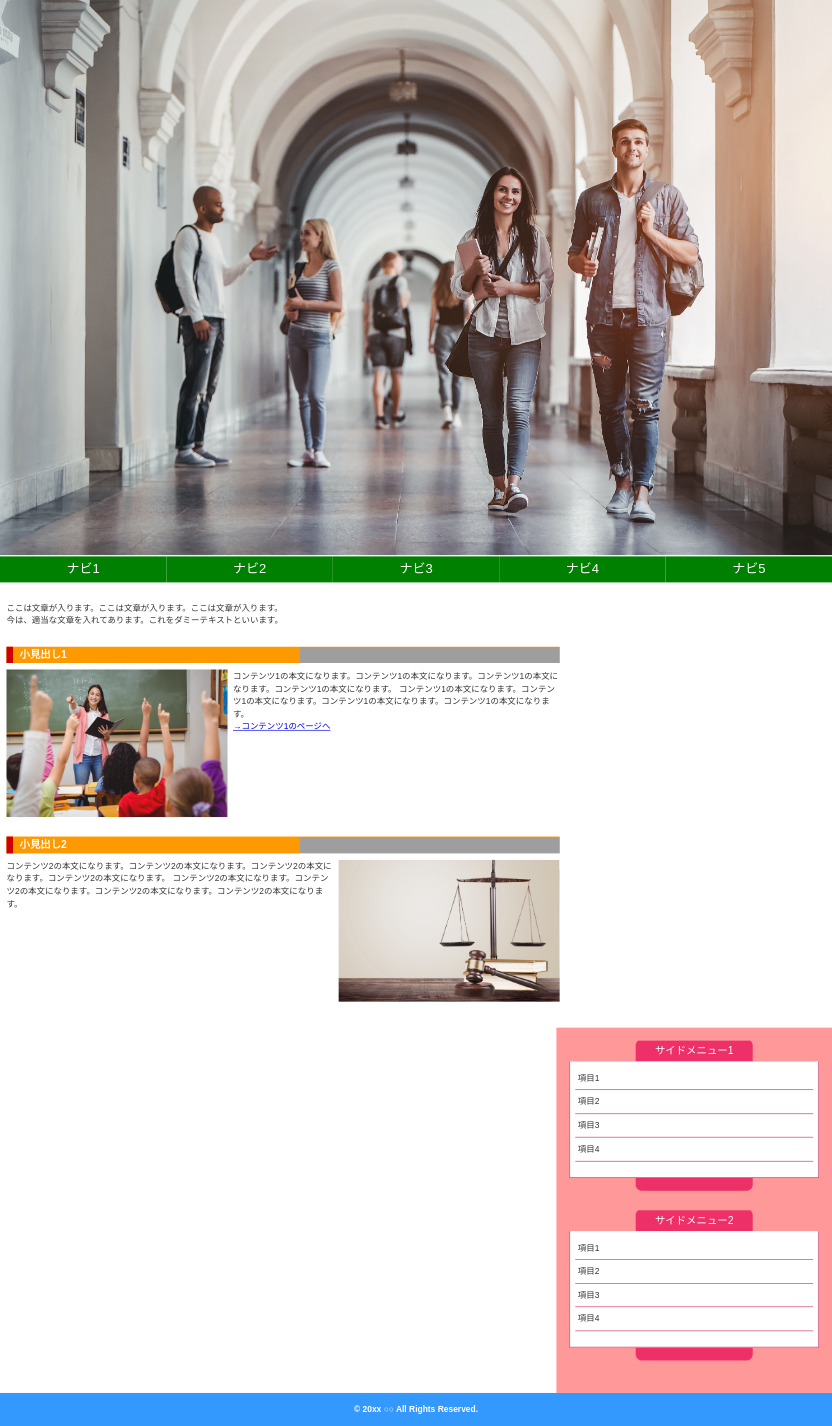
Repository: TKHRMY/samurai_HTML-CSS
Page: home.html
The author's editor kept a record of every edit. The page is drawn from the files as they stood at one moment, then again after the next edit.
The browser window is 1280 px wide. The pictures show the whole page, at 65% of full size.
Pictures or frames that could not be fetched are drawn as grey boxes.

Above is the page before.

### home.html
<!DOCTYPE html>
<html lang="ja">
    <head>
        <meta charset="UTF-8">
        <title>HTML/CSSの学習</title>
        <link rel="stylesheet" href="stylesheet.css">
    </head>
    <body>
        <div id="header">
            <h1><a href="index.html"><img id="corridor" src="images/corridor.jpg" alt="大学の廊下" ></a></h1>
        </div>
        <div id="wrapper">
           <div id="nav">
                <ul>
                    <li><a href="home.html">ナビ1</a></li>
                    <li><a href="#">ナビ2</a></li>
                    <li><a href="#">ナビ3</a></li>
                    <li><a href="#">ナビ4</a></li>
                    <li><a href="#">ナビ5</a></li>
                </ul>
            </div>
        </div>
           <div id="container">
                <div id="main">
                    <div class="post">
                        <p>ここは文章が入ります。ここは文章が入ります。ここは文章が入ります。<br />今は、適当な文章を入れてあります。これをダミーテキストといいます。</p>
                    </div>
                    <div class="post clearfix">
                        <h2>小見出し1</h2>
                        <img class="left" src="images/classroom.jpg" alt="授業風景" />
                        <p>
                            コンテンツ1の本文になります。コンテンツ1の本文になります。コンテンツ1の本文になります。コンテンツ1の本文になります。
                            コンテンツ1の本文になります。コンテンツ1の本文になります。コンテンツ1の本文になります。コンテンツ1の本文になります。
                        </p>
                        <p><a href="#">→コンテンツ1のページへ</a></p>
                    </div>
                    <div class="post clearfix">
                        <h2>小見出し2</h2>
                        <img class="right" src="images/scale.jpg" alt="天秤" />
                        <p>
                            コンテンツ2の本文になります。コンテンツ2の本文になります。コンテンツ2の本文になります。コンテンツ2の本文になります。
                            コンテンツ2の本文になります。コンテンツ2の本文になります。コンテンツ2の本文になります。コンテンツ2の本文になります。
                        </p>
                    </div>
                </div>
            </div>
            <div id="side">
               <div class="box">
                    <h2>サイドメニュー1</h2>
                    <div class="boxBody">
                        <ul>
                            <li>項目1</li>
                            <li>項目2</li>
                            <li>項目3</li>
                            <li>項目4</li>
                        </ul>
                    </div>
                </div>
                <div class="box">
                    <h2>サイドメニュー2</h2>
                    <div class="boxBody">
                        <ul>
                            <li>項目1</li>
                            <li>項目2</li>
                            <li>項目3</li>
                            <li>項目4</li>
                        </ul>
                    </div>
                </div>
            </div>
        <div id="footer">
            <p>&copy; 20xx ○○ All Rights Reserved.</p>
        </div>
    </body>
</html>

### stylesheet.css
@charset "utf-8";

body {
	margin: 0;
	padding: 0;
	font-family: "ヒラギノ角ゴ Pro W3", "Hiragino Kaku Gothic Pro", "メイリオ", Meiryo, Osaka, "ＭＳ Ｐゴシック", "MS PGothic", sans-serif;
	color: #333;
	font-size: 13px;
	line-height: 150%;
}

/* -------------------- wrapper -------------------- */
#wrapper {
    width: 100%;
    margin: auto;
    padding: 0px;
    border: 0px;
    background-color: #FFF;
    top: 10px;
}

/* -------------------- header -------------------- */
#header {
	width: 100%;
}
#header h1 {
	margin: 0;
	padding: 0;
}

#corridor {
	width: 100%;
	height: auto;
}

/* -------------------- footer -------------------- */
#footer {
	clear: both;
	width: 100%;
	padding: 3px 0 3px 0;
	background: #39F;
	color: #FFF;
	font-weight: bold;
	text-align: center;
}

 /* -------------------- nav -------------------- */
 #nav {
	 width: 100%;
 }
 #nav ul {
 	display: flex;
	 margin: 0;
	 padding: 0;
	 list-style-type: none;
 }
 #nav ul li {
	 width: 20%;
	 text-align: center;
 }
 #nav ul li a {
	 display: block;
	 height: 20px;
	 margin: 0;
	 padding: 10px;
	 color: #FFF;
	 font-size: 20px;
	 text-decoration: none;
background-color: green;
 }

 #nav ul li a:hover {
	 filter: drop-shadow(10px 10px 10px black);
 }

/* -------------------- container -------------------- */
 #container {
	 width: 100%;
	 margin: auto ;
	 padding: auto;
	 padding-top: 20px;
	 clear: both;
   display: grid;
   grid-template-columns: 70vw 30vw;
 }
 /* -------------------- main -------------------- */
 #main {
	 width: 95%;
	 padding: 10px 30px 10px 10px;
 }
 #main h2 {
	 margin: 0 0 10px 0;
	 padding: 3px 10px 3px 10px;
	 color: #FFF;
	 font-size: 16px;
	 border-left: solid 10px #C00;
	 background: #F90 url(../images/main_h2.jpg) right top repeat-y;
 }
 #main p {
	 margin: 0;
	 padding: 0;
 }
 #main .post {
	 margin: 0 0 30px 0;
 }

 #main .post img.right {
	 margin: 0 0 0 8px;
 }
 #main .post img.left {
	 margin: 0 8px 0 0;
 }

 .right {
	 float: right;
	 width: 40%;
	 height: auto;
 }
 .left {
	 float: left;
	 width: 40%;
	 height: auto;
 }

 /* -------------------- clearfix -------------------- */
 .clearfix {
	 zoom: 1;
 }
 .clearfix:after{
	 content: "";
	 display: block;
	 clear: both;
 }

/* -------------------- side -------------------- */
 #side {
 	 float: right;
 	 width: 30%;
 	 padding: 20px;
 	 background-color: #F99;
 }
 #side .box {
 	 margin: 0 auto 30px auto;
 	 padding: 0 0 20px 0;
 	 background: url(images/side_box.png) bottom no-repeat;
 }
 #side .box h2 {
 	 margin: 0;
 	 padding: 8px;
 	 text-align: center;
 	 color: #fff;
 	 font-size: 16px;
 	 line-height: 16px;
 	 font-weight: normal;
     background: url(images/side_box_h2.png) center no-repeat;
 }
 #side .box .boxBody {
 	 padding: 8px;
 	 border-right: solid 1px #C36;
 	 border-bottom: solid 1px #C36;
 	 border-left: solid 1px #C36;
 	 background: #fff;
 }
 #side .box .boxBody ul {
 	 margin: 0 0 16px 0;
 	 padding: 0;
 }
 #side .box .boxBody ul li {
 	 padding: 8px 0 8px 4px;
 	 list-style: none;
 	 border-bottom: solid 1px #C36;
 }

 #side .box .boxBody ul li:hover {
	 padding: 8px 0 8px 4px;
	 list-style: none;
	 border-bottom: solid 1px #C36;
	 box-shadow: 0px 4px 4px rgba(0, 0, 0, 0.3);
 }

After the next edit:
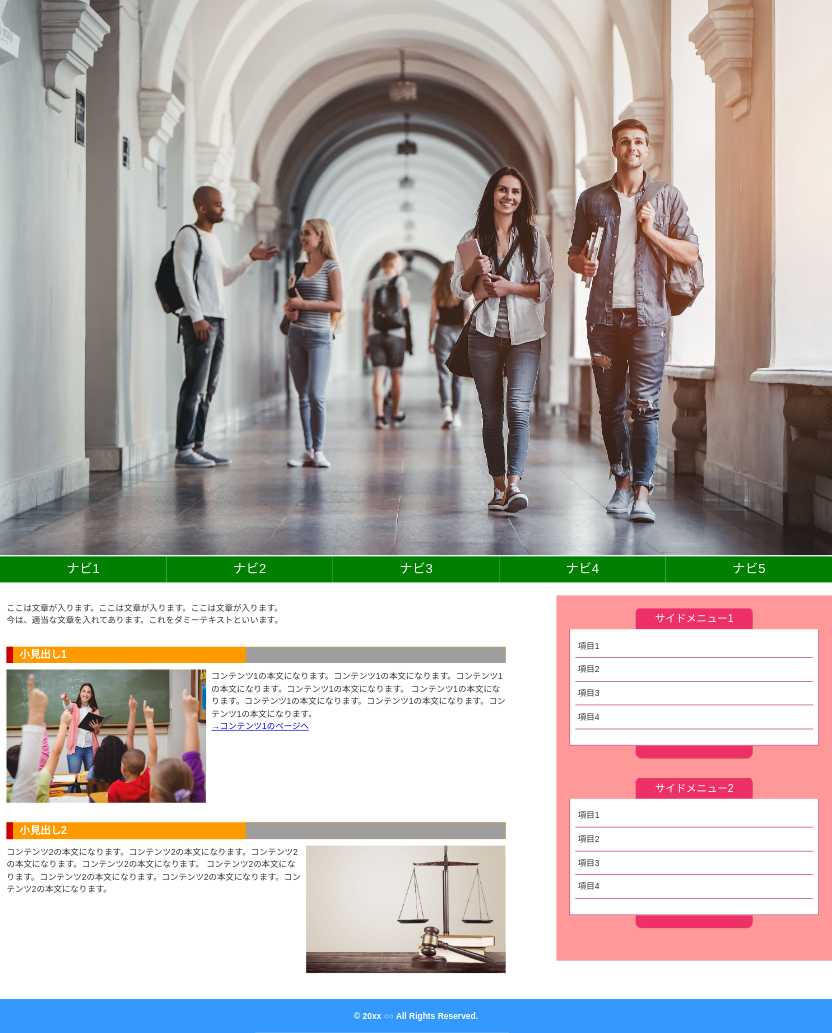
The edit:
--- a/stylesheet.css
+++ b/stylesheet.css
@@ -49,12 +49,12 @@
 	 width: 100%;
  }
  #nav ul {
- 	display: flex;
 	 margin: 0;
 	 padding: 0;
 	 list-style-type: none;
  }
  #nav ul li {
+	 float: left;
 	 width: 20%;
 	 text-align: center;
  }
@@ -80,12 +80,11 @@
 	 padding: auto;
 	 padding-top: 20px;
 	 clear: both;
-   display: grid;
-   grid-template-columns: 70vw 30vw;
  }
  /* -------------------- main -------------------- */
  #main {
-	 width: 95%;
+	 float: left;
+	 width: 60%;
 	 padding: 10px 30px 10px 10px;
  }
  #main h2 {
